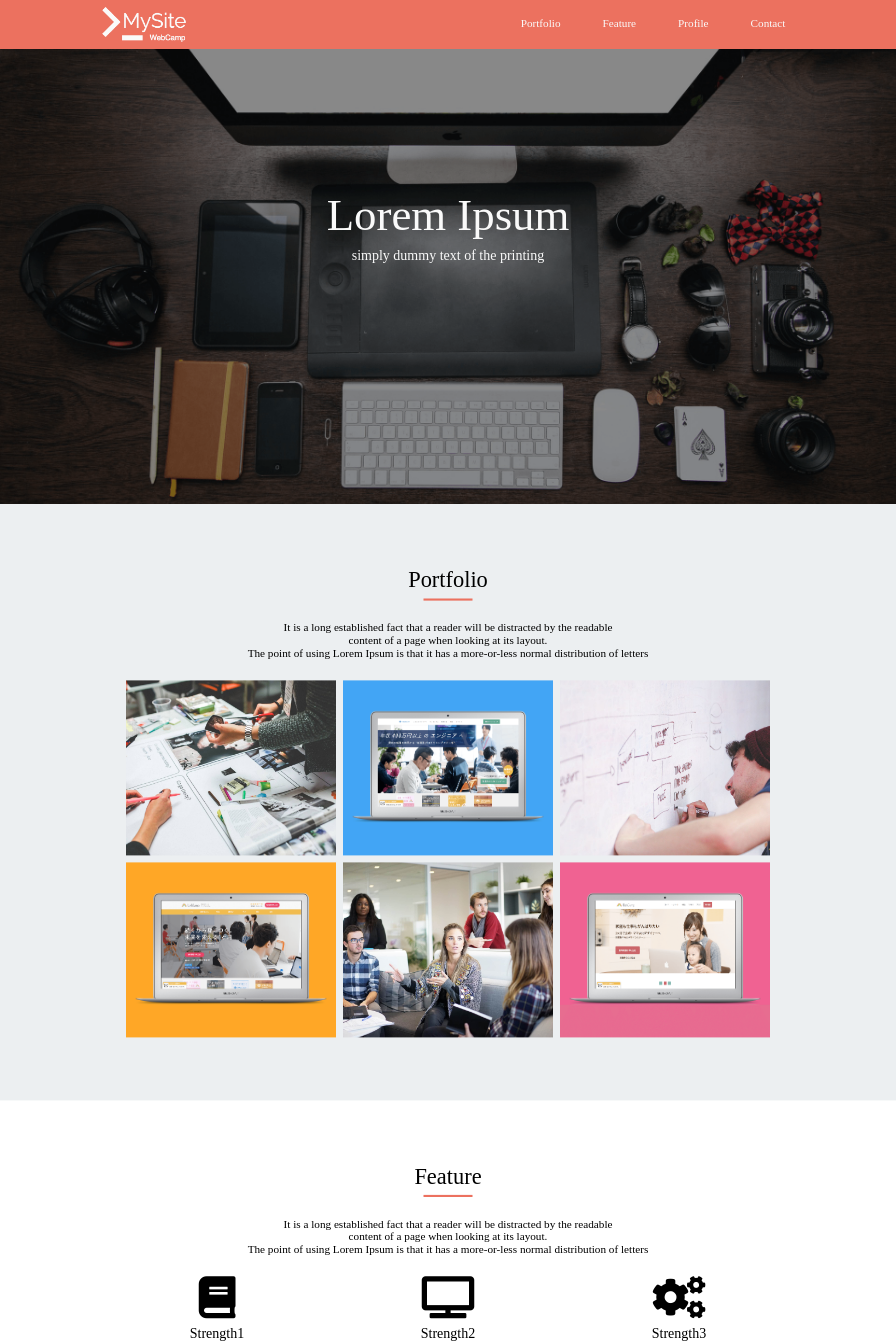
Repository: n19880405nick/challenge
Page: LoremIpsum/challenge.html
The author's editor kept a record of every edit. The page is drawn from the files as they stood at one moment, then again after the next edit.
The browser window is 1280 px wide. The pictures show the part of the page from y = 0 to 1920 px (the page is 3287 px tall), at 70% of full size.

Above is the page before.

### LoremIpsum/challenge.html
<!DOCTYPE html>
	<html lang = "ja">
		<head>
			<meta charset="utf-8">
			<meta name="viewport" content="width=device-width, initial-scale=1.0">
			<title>WALS成果物</title>
			<link rel="stylesheet" href="challenge.css">
			<link rel="stylesheet" href="https://cdnjs.cloudflare.com/ajax/libs/font-awesome/5.15.4/css/all.min.css">
		</head>

		<body>
			<header>
				<nav class="nav">
					<a href=""><img class="logo" src="img/logo.png"></a>
					<ul class="header-list">
						<li class="header-list-item">Portfolio</li>
						<li class="header-list-item">Feature</li>
						<li class="header-list-item">Profile</li>
						<li class="header-list-item">Contact</li>
					</ul>
				</nav>
			</header>

			<main>

				<div class="main-visual">
					<span class="main-visual-text">Lorem Ipsum</span>
					<span class="main-visual-subtext">simply dummy text of the printing</span>
				</div>

				<div class="portfolio">
					<div class="portfolio-texts">
						<span class="title">Portfolio</span>
						<div class="underline"></div>
						<span class="subtext">It is a long established fact that a reader will be distracted by the readable<br>
						content of a page when looking at its layout.<br>
						The point of using Lorem Ipsum is that it has a more-or-less normal distribution of letters</span>
					</div>
					<div class="portfolio-images">
						<div class="pf-image"></div>
						<div class="pf-image"></div>
						<div class="pf-image"></div>
						<div class="pf-image"></div>
						<div class="pf-image"></div>
						<div class="pf-image"></div>
					</div>
				</div>

				<div class="feature">
					<div class="feature-texts">
						<span class="title">Feature</span>
						<div class="underline"></div>
						<span class="subtext">It is a long established fact that a reader will be distracted by the readable<br>
						content of a page when looking at its layout.<br>
						The point of using Lorem Ipsum is that it has a more-or-less normal distribution of letters</span>
					</div>
					<div class="feature-strengthes">
						<div class="feature-strength">
							<span><i class="fas fa-book strength-icon"></i></span>
							<span class="strength-title">Strength1</span>
							<span class="strength-text">Contrary to popular beleif, Lorem Ipsum<br>
							is not simply random text. It has roots<br>
							in a piece of classical Latin literature<br>
							from 45 BC, making it over 2000 years<br>
							old. Richard McClintock, a Latin<br>
							professor at Hampden-Sydney College in<br>
							Virginia, looked up one of the more<br>
							obscure Latin words, consectetur</span>
						</div>
						<div class="feature-strength">
							<span><i class="fas fa-tv strength-icon"></i></span>
							<span class="strength-title">Strength2</span>
							<span class="strength-text">Contrary to popular beleif, Lorem Ipsum<br>
							is not simply random text. It has roots<br>
							in a piece of classical Latin literature<br>
							from 45 BC, making it over 2000 years<br>
							old. Richard McClintock, a Latin<br>
							professor at Hampden-Sydney College in<br>
							Virginia, looked up one of the more<br>
							obscure Latin words, consectetur</span>
						</div>
						<div class="feature-strength">
							<span><i class="fas fa-cogs strength-icon"></i></span>
							<span class="strength-title">Strength3</span>
							<span class="strength-text">Contrary to popular beleif, Lorem Ipsum<br>
							is not simply random text. It has roots<br>
							in a piece of classical Latin literature<br>
							from 45 BC, making it over 2000 years<br>
							old. Richard McClintock, a Latin<br>
							professor at Hampden-Sydney College in<br>
							Virginia, looked up one of the more<br>
							obscure Latin words, consectetur</span>
						</div>
					</div>
				</div>

				<div class="profile">
					<div class="profile-texts">
						<span class="title">Profile</span>
						<div class="underline"></div>
						<span class="subtext">It is a long established fact that a reader will be distracted by the readable<br>
						content of a page when looking at its layout.<br>
						The point of using Lorem Ipsum is that it has a more-or-less normal distribution of letters</span>
					</div>
					<div class="profile-contents">
						<div class="profile-image-frame">
							<div class="profile-image"></div>
						</div>
						<div class="profile-contents-texts">
							<span class="subtitle">MyName</span>
							<span class="contents-text">Contrary to popular beleif, Lorem Ipsum is not simply random<br>
							text. It has roots in a piece of classical Latin literature from 45<br>
							BC, making it over 2000 years	old. Richard McClintock, a Latin<br>
							professor at Hampden-Sydney College in Virginia, looked up one<br>
							of the more	obscure Latin words, consectetur</span>
							<span class="subtitle">MySkills</span>
							<span class="contents-text">HTML/CSS,JavaScript,JQuery,PhotoShop</span>
						</div>
					</div>
				</div>

				<div class="contact">
					<div class="contact-texts">
						<span class="title">Contact</span>
						<div class="underline"></div>
						<span class="subtext">It is a long established fact that a reader will be distracted by the readable<br>
						content of a page when looking at its layout.<br>
						The point of using Lorem Ipsum is that it has a more-or-less normal distribution of letters</span>
					</div>
					<div class="contact-contents">
						<div class="contact-mail-tel">
							<span class="contact-heading">Mail</span>
							<span class="contact-detail">xxx@xxx.com</span>
							<span class="contact-heading">Tel</span>
							<span class="contact-detail">000-0000-0000</span>
						</div>
						<div class="contact-sns">
							<span class="contact-heading">SNS</span>
							<div class="icon-frame">
								<span><i class="fab fa-facebook-f contact-icon"></i></span>
								<span><i class="fab fa-twitter contact-icon"></i></span>
								<span><i class="fab fa-instagram contact-icon"></i></span>
							</div>
						</div>
					</div>
				</div>

			</main>

			<footer>
				<span class="copyrights">© 2017 WebCamp</span>
			</footer>
		</body>
	</html>

### LoremIpsum/challenge.css
*{
	margin: 0;
	padding: 0;
	box-sizing: border-box;
}

header{
	width: auto;
	height: 70px;
	background-color: #EC715F;
}

.nav{
	margin: auto;
	width: 1024px;
	color: #FAFAFA;
	display: flex;
}

.logo{
	height: 70px;
}

.header-list{
	margin-left: auto;
	list-style: none;
	display: flex;
}

.header-list-item{
	margin: 0 30px;
	padding-top: 25px;
}

.main-visual{
	width: 100%;
	height: 650px;
	color: #FAFAFA;
	background-image: url("img/mv.png");
	background-size: cover;
	background-position: center;
	display: flex;
	flex-direction: column;
	align-items: center;
}

.main-visual-text{
	margin-top: 200px;
	font-size: 64px;
}

.main-visual-subtext{
	margin-top: 10px;
	font-size: 20px;
}

.portfolio{
	width: 100%;
	padding: 90px 0;
	background-color: #ECEFF1;
	display: flex;
	flex-direction: column;
}

.portfolio-texts{
	width: 920px;
	margin: 0 auto;
	display: flex;
	flex-direction: column;
	align-items: center;
}

.title{
	font-size: 32px;
	color: #000000;
}

.underline{
	width: 70px;
	height: 3px;
	background-color: #EC715F;
	margin-top: 8px;
}
.subtext{
	margin: 30px auto;
	font-size: 16px;
	color: #000000;
	text-align: center;
}

.portfolio-images{
	margin: 0 auto;
	width: 920px;
	display: flex;
	flex-wrap: wrap;
}

.pf-image{
	width: 300px;
	height: 250px;
	background-size: cover;
	background-position: center;
}

.pf-image:nth-child(1){
	margin-bottom: 10px;
	background-image: url("img/sketch.jpg");
}
.pf-image:nth-child(2){
	margin: 0 10px 10px;
	background-image: url("img/websuku.png");
}
.pf-image:nth-child(3){
	margin-bottom: 10px;
	background-image: url("img/write.jpg");
}
.pf-image:nth-child(4){
	background-image: url("img/webcamp.png");
}
.pf-image:nth-child(5){
	margin: 0 10px;
	background-image: url("img/talk.jpg");
}
.pf-image:nth-child(6){
  background-image: url("img/webcamp-mother.png");
}

.feature{
	width: 100%;
	padding: 90px 0;
	display: flex;
	flex-direction: column;
}

.feature-texts{
	width: 980px;
	margin: 0 auto;
	display: flex;
	flex-direction: column;
	align-items: center;
}

.feature-strengthes{
	margin: 0 auto;
	width: 980px;
	display: flex;
}

.feature-strength{
	width: 320px;
	height: auto;
	display: flex;
	flex-direction: column;
	align-items: center;
}

.feature-strength:nth-child(2){
	margin: 0 10px;
}

.strength-icon{
	font-size: 60px;
}

.strength-title{
	font-size: 20px;
	color: #000000;
	margin: 10px 0;
}

.strength-text{
	font-size: 16px;
	color: #000000;
}

.profile{
	width: 100%;
	padding: 90px 0;
	background-color: #ECEFF1;
	display: flex;
	flex-direction: column;
}

.profile-texts{
	width: 1024px;
	margin: 0 auto;
	display: flex;
	flex-direction: column;
	align-items: center;
}

.profile-contents{
	margin: 0 auto;
	width: 1024px;
	display: flex;
}

.profile-image-frame{
	width: 512px;
	height: auto;
}

.profile-image{
	margin: 0 auto;
	width: 250px;
  height: 250px;
  border-radius:50%;
	background-image: url("img/my-icon.jpg");
}

.profile-contents-texts{
	width: 512px;
	height: auto;
	display: flex;
	flex-direction: column;
}

.subtitle{
	font-size: 20px;
	margin-bottom: 5px;
}

.contents-text{
	font-size: 16px;
	color: #000000;
	margin-bottom: 20px;
}

.contact{
	width: 100%;
	padding: 90px 0;
	display: flex;
	flex-direction: column;
}

.contact-texts{
	width: 800px;
	margin: 0 auto;
	display: flex;
	flex-direction: column;
	align-items: center;
}

.contact-contents{
	margin: 0 auto;
	width: 800px;
	display: flex;
}

.contact-mail-tel{
	width: 400px;
	display: flex;
	flex-direction: column;
	padding-left: 100px;
}

.contact-heading{
	font-size: 20px;
	margin-bottom: 5px;
}

.contact-detail{
	margin-bottom: 20px;
	text-decoration: underline;
}

.contact-sns{
	width: 400px;
	margin: 0 auto;
	padding-left: 100px;
	display: flex;
	flex-direction: column;
}

.icon-frame{
	display: flex;
}

.contact-icon{
	margin: 0 20px;
	font-size: 50px;
}

footer{
	width: 100%;
	height: 60px;
	background-color: #EC715F;
	display: flex;
	justify-content: center;
	align-items: center;
}

.copyrights{
	font-size: 16px;
	color: #FAFAFA;
}

After the next edit:
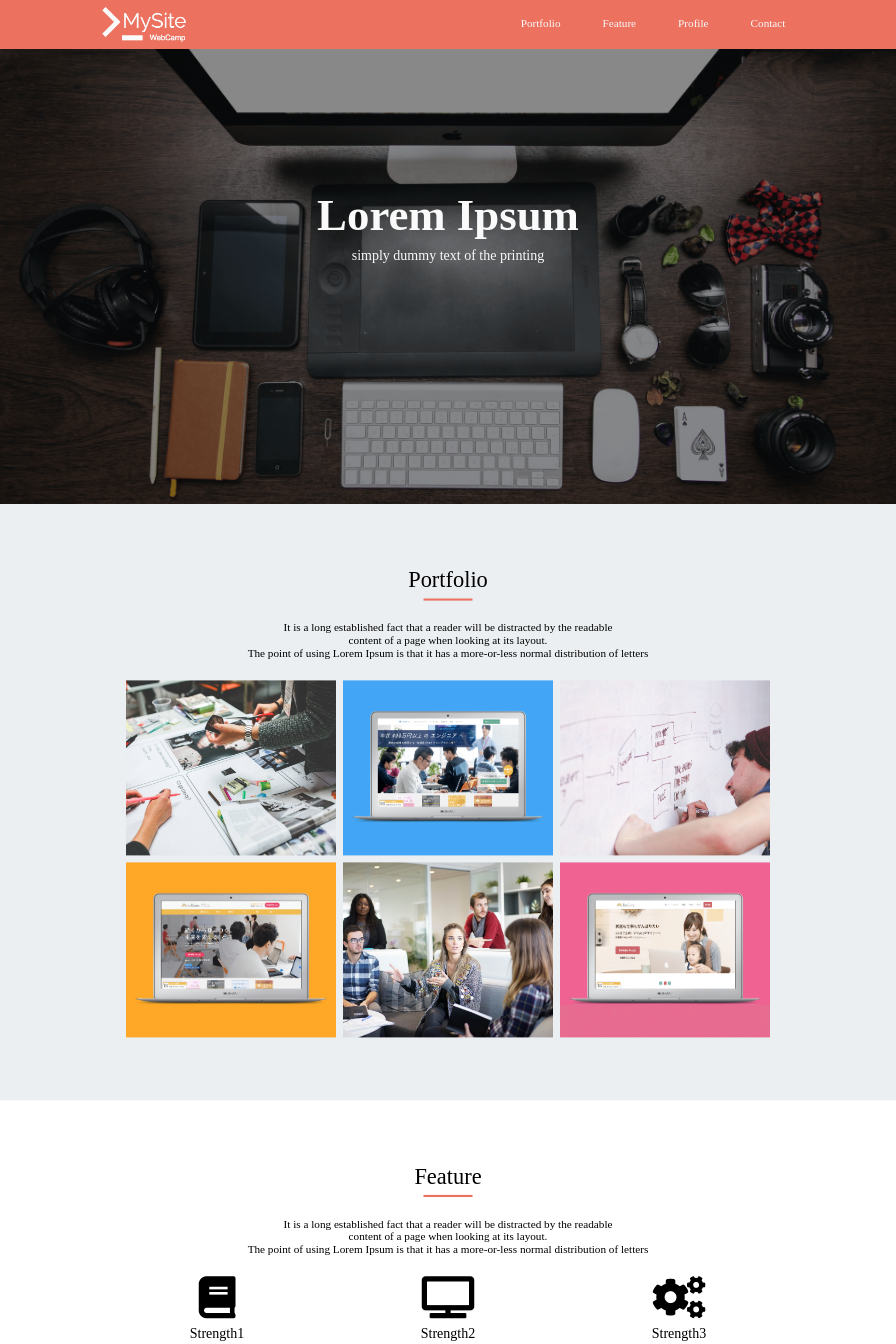
The edit:
--- a/LoremIpsum/challenge.html
+++ b/LoremIpsum/challenge.html
@@ -24,7 +24,7 @@
 			<main>
 
 				<div class="main-visual">
-					<span class="main-visual-text">Lorem Ipsum</span>
+					<span class="main-visual-text"><strong>Lorem Ipsum</strong></span>
 					<span class="main-visual-subtext">simply dummy text of the printing</span>
 				</div>
 
